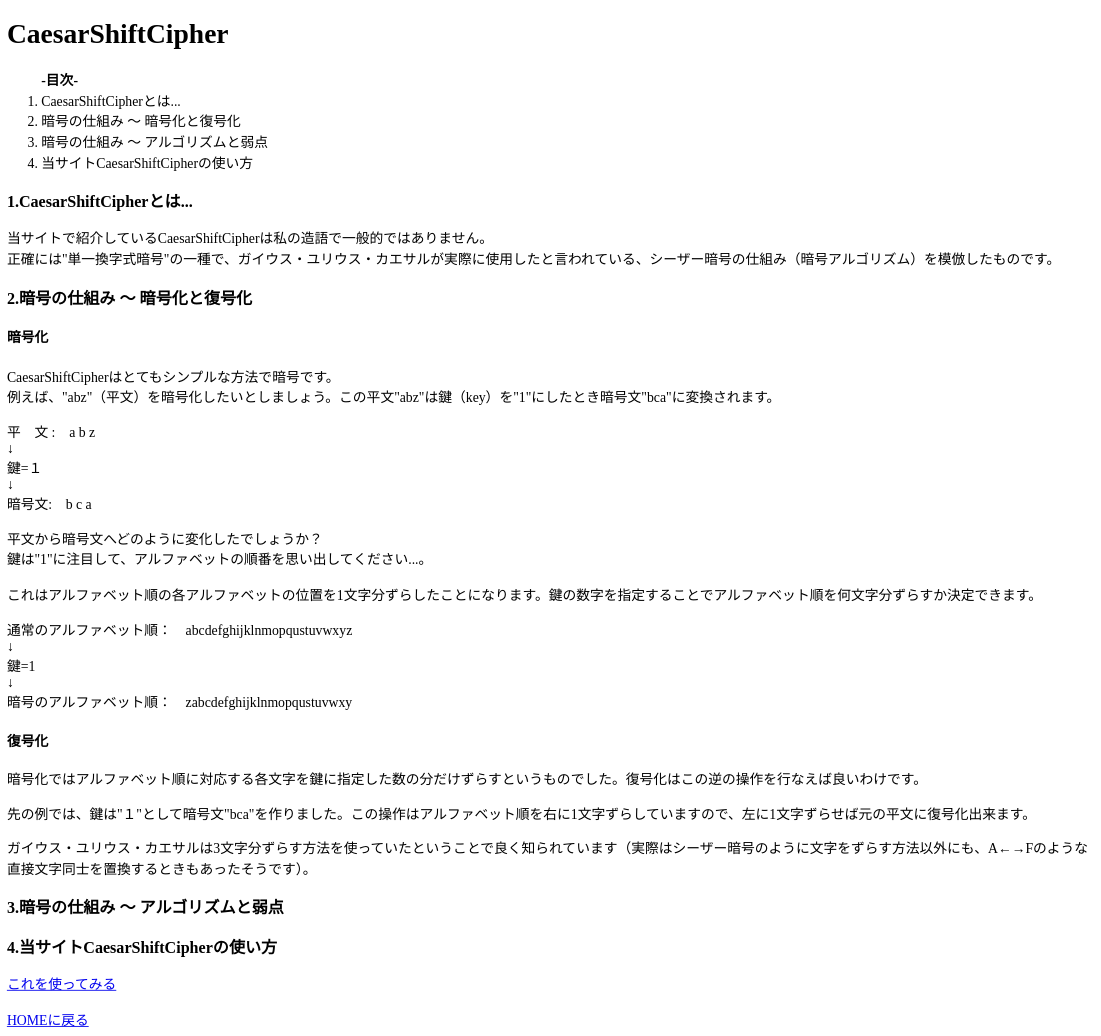
Repository: RantaWatari/TEST
Page: http://localhost/CipherProject/CipherMore?page=1
The author's editor kept a copy of each file at every save. The page is drawn from the files as they stood at one save, then again after the next save.
The browser window is 1280 px wide. The pictures show the whole page, at 86% of full size.
The page is served by Tomcat 9.

Above is the page before, as saved 2017-07-25 02:48:46.

### CipherProject/WebContent/WEB-INF/jsp/CaesarShiftCipher.jsp
<%@ page language="java" contentType="text/html; charset=UTF-8"
    pageEncoding="UTF-8"%>
<!DOCTYPE html PUBLIC "-//W3C//DTD HTML 4.01 Transitional//EN" "http://www.w3.org/TR/html4/loose.dtd">
<html>
<head>
<meta http-equiv="Content-Type" content="text/html; charset=UTF-8">
<title>CaesarShiftCipher-Page</title>
</head>
<body>

<h1>CaesarShiftCipher</h1>
	<ol>
	<strong>-目次-</strong>
	<li>CaesarShiftCipherとは...</li>
	<li>暗号の仕組み ～ 暗号化と復号化</li>
	<li>暗号の仕組み ～ アルゴリズムと弱点</li>
	<li>当サイトCaesarShiftCipherの使い方</li>
	</ol>
<h3>1.CaesarShiftCipherとは...</h3>
	<p>当サイトで紹介しているCaesarShiftCipherは私の造語で一般的ではありません。<br>
	正確には"単一換字式暗号"の一種で、ガイウス・ユリウス・カエサルが実際に使用したと言われている、シーザー暗号の仕組み（暗号アルゴリズム）を模倣したものです。</p>
<h3>2.暗号の仕組み ～ 暗号化と復号化</h3>
	<h4>暗号化</h4>
		<p>CaesarShiftCipherはとてもシンプルな方法で暗号です。<br>例えば、"abz"（平文）を暗号化したいとしましょう。この平文"abz"は鍵（key）を"1"にしたとき暗号文"bca"に変換されます。</p>
		<p>平　文 :　a b z<br>↓<br>鍵=１<br>↓<br>暗号文:　b c a</p>
		<p>平文から暗号文へどのように変化したでしょうか？<br>鍵は"1"に注目して、アルファベットの順番を思い出してください...。<br><br>これはアルファベット順の各アルファベットの位置を1文字分ずらしたことになります。鍵の数字を指定することでアルファベット順を何文字分ずらすか決定できます。</p>
		<p>通常のアルファベット順：　abcdefghijklnmopqustuvwxyz<br>↓<br>鍵=1<br>↓<br>暗号のアルファベット順：　zabcdefghijklnmopqustuvwxy</p>
	<h4>復号化</h4>
		<p>暗号化ではアルファベット順に対応する各文字を鍵に指定した数の分だけずらすというものでした。復号化はこの逆の操作を行なえば良いわけです。</p>
		<p>先の例では、鍵は"１"として暗号文"bca"を作りました。この操作はアルファベット順を右に1文字ずらしていますので、左に1文字ずらせば元の平文に復号化出来ます。</p>

		<p>ガイウス・ユリウス・カエサルは3文字分ずらす方法を使っていたということで良く知られています（実際はシーザー暗号のように文字をずらす方法以外にも、A←→Fのような直接文字同士を置換するときもあったそうです）。</p>
<h3>3.暗号の仕組み ～ アルゴリズムと弱点</h3>
	<p></p>
<h3>4.当サイトCaesarShiftCipherの使い方</h3>
	<p></p>
<a href="http://localhost/CaesarShiftCipher/CaesarShiftCipher">これを使ってみる</a><br><br>
<a href="/CipherProject/">HOMEに戻る</a>

</body>
</html>

### CipherProject/src/servlet/Cipher.java
package servlet;

import java.io.IOException;

import javax.servlet.RequestDispatcher;
import javax.servlet.ServletException;
import javax.servlet.annotation.WebServlet;
import javax.servlet.http.HttpServlet;
import javax.servlet.http.HttpServletRequest;
import javax.servlet.http.HttpServletResponse;

@WebServlet("/CipherMore")
public class Cipher extends HttpServlet {
	private static final long serialVersionUID = 1L;

	protected void doGet(HttpServletRequest request, HttpServletResponse response) throws ServletException, IOException {

		String page =  request.getParameter("page");
		int pageNum = Integer.parseInt(page);

		if(pageNum == 0){

		}else if(pageNum == 1){
			RequestDispatcher dispatcher = request.getRequestDispatcher("/WEB-INF/jsp/CaesarShiftCipher.jsp");
			dispatcher.forward(request, response);
		}else if(pageNum == 2){
			RequestDispatcher dispatcher = request.getRequestDispatcher("/WEB-INF/jsp/VigenereCipher.jsp");
			dispatcher.forward(request, response);
		}else if(pageNum == 3){
			RequestDispatcher dispatcher = request.getRequestDispatcher("/WEB-INF/jsp/Enigma.jsp");
			dispatcher.forward(request, response);
		}else if(pageNum == 777){
			RequestDispatcher dispatcher = request.getRequestDispatcher("/WEB-INF/jsp/Unicode.jsp");
			dispatcher.forward(request, response);
		}

	}

}

After the next save:
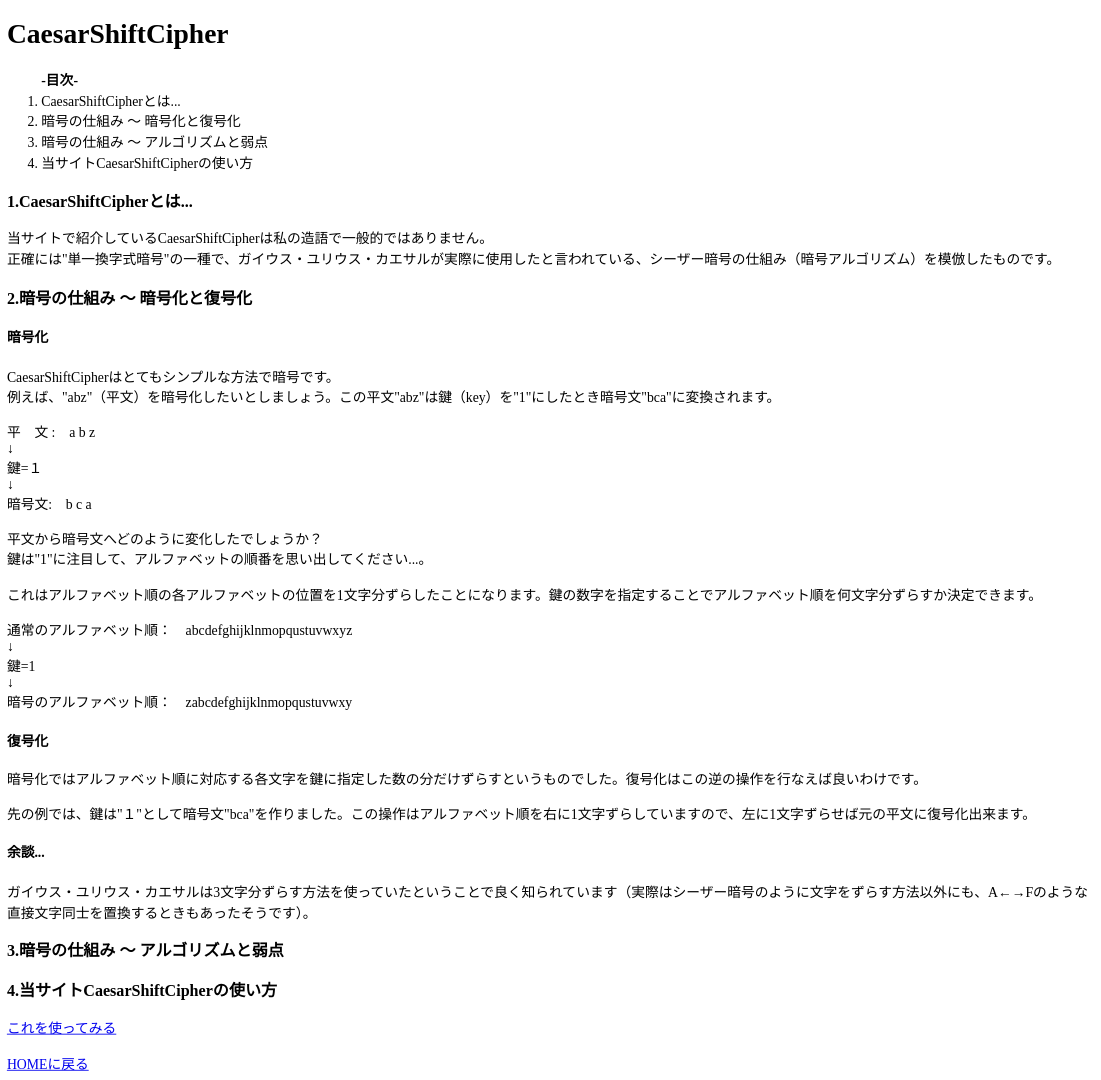
Saved 33 s later.
--- a/CipherProject/WebContent/WEB-INF/jsp/CaesarShiftCipher.jsp
+++ b/CipherProject/WebContent/WEB-INF/jsp/CaesarShiftCipher.jsp
@@ -29,6 +29,7 @@
 		<p>暗号化ではアルファベット順に対応する各文字を鍵に指定した数の分だけずらすというものでした。復号化はこの逆の操作を行なえば良いわけです。</p>
 		<p>先の例では、鍵は"１"として暗号文"bca"を作りました。この操作はアルファベット順を右に1文字ずらしていますので、左に1文字ずらせば元の平文に復号化出来ます。</p>
 
+	<h4>余談...</h4>
 		<p>ガイウス・ユリウス・カエサルは3文字分ずらす方法を使っていたということで良く知られています（実際はシーザー暗号のように文字をずらす方法以外にも、A←→Fのような直接文字同士を置換するときもあったそうです）。</p>
 <h3>3.暗号の仕組み ～ アルゴリズムと弱点</h3>
 	<p></p>
